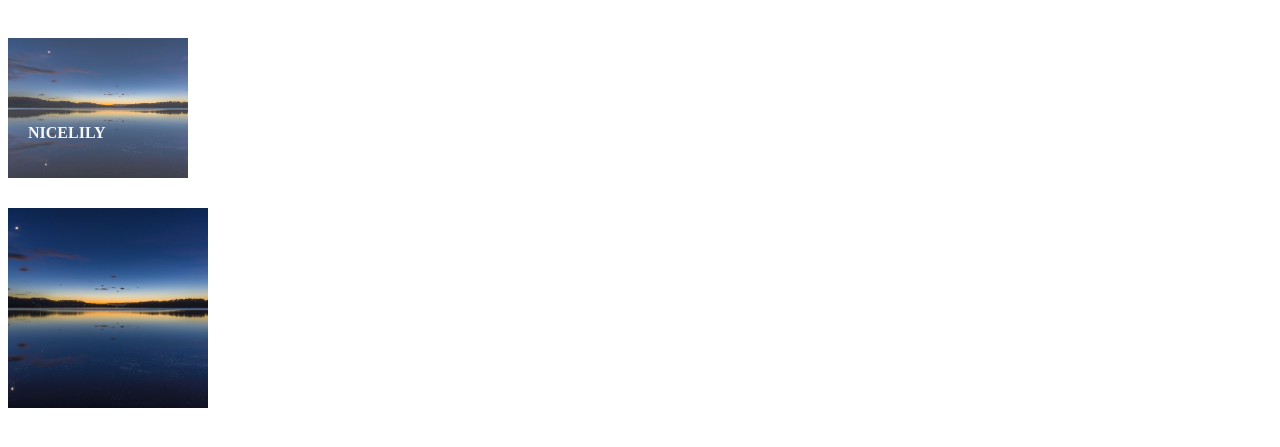
Repository: northpx/animation
Page: index.html
The author's editor kept a copy of each file at every save. The page is drawn from the files as they stood at one save, then again after a run of saves.
The browser window is 1280 px wide. The pictures show the whole page.

Above is the page before, as saved 2022-12-21 17:57:03.

### index.html
<!DOCTYPE html>
<html lang="en">

<head>
  <meta charset="UTF-8">
  <meta http-equiv="X-UA-Compatible" content="IE=edge">
  <meta name="viewport" content="width=device-width, initial-scale=1.0">
  <link rel="stylesheet" href="style.css">
  <title>Document</title>
</head>

<body>
  <div class="container">
    <img src="nature_lake_sunset_landscape_ultrahd_4k_wallpaper_3840x2160.jpg" alt="" class="image">
    <div class="content1">
      <p class="p1">NICELILY</p>
      <p class="p2">Lily to play</p>
    </div>
  </div>

  <div class="container1">
    <img src="nature_lake_sunset_landscape_ultrahd_4k_wallpaper_3840x2160.jpg" alt="" class="image2">
    <div class="content2">
      <p class="p3">Dream HONEY <span>Now</span></p>
    </div>
  </div>
</body>

</html>

<!-- <!DOCTYPE html>
<html>
<head>
<title>W3.CSS</title>
<meta name="viewport" content="width=device-width, initial-scale=1">
<link rel="stylesheet" href="style.css">
</head>
<body>
<div class="w3-container w3-green">
  <h1>W3Schools Demo</h1>
  <p>Resize this responsive page!</p>
</div>
<div class="w3-row-padding">
  <div class="w3-third">
    <h2>London</h2>
    <p>London is the capital city of England.</p>
    <p>It is the most populous city in the United Kingdom,
    with a metropolitan area of over 13 million inhabitants.</p>
  </div>

  <div class="w3-third">
    <h2>Paris</h2>
    <p>Paris is the capital of France.</p>
    <p>The Paris area is one of the largest population centers in Europe,
    with more than 12 million inhabitants.</p>
  </div>

  <div class="w3-third">
    <h2>Tokyo</h2>
    <p>Tokyo is the capital of Japan.</p>
    <p>It is the center of the Greater Tokyo Area,
    and the most populous metropolitan area in the world.</p>
  </div>
</div>

</body>
</html> -->

### style.css
/* .box1{
    width: 100px;
    height: 100px;
    background-color: aqua;
    transform: rotateX(45deg);
}

.box2{
    width: 100px;
    height: 100px;
    background-color: bisque;
    transform: rotateY(-45deg);
}

.box3{
    width: 100px;
    height: 100px;
    background-color: blueviolet;
    transform: rotate(180deg);
} */
/* .box1{
    width: 100px;
    height: 100px;
    background-color: yellowgreen;
    transform: translateX(100px);
}

.box2{
    width: 200px;
    height: 200px;
    background-color: yellowgreen;
    position: relative;
}
.box_child{
    position: absolute;
    width: 20px;
    height: 20px;
    background-color: black;
    top: 50%;
    left: 50%;
    transform: translate(-50%, -50%);
}

.box3{
    width: 100px;
    height: 100px;
    background-color: antiquewhite;
    transform: translateY(100px);
}
.box4{
    width: 100px;
    height: 100px;
    background-color:  beige;
    transform: translateX(-50px);
}

.box_circle{
    width: 100px;
    height: 100px;
    background-color: blueviolet;
    border-radius: 50%;
    scale: 1;
    transition: all 0.3s ease-in-out;
}

.box_circle:hover{
    scale: 1.5;
}

.box_skew{
    width: 100px;
    height: 100px;
    background-color: bisque;
    /* transform: skewX(45deg); */
    /* transform: skew(50deg, 0deg);
/* } */

/* .box{
    width: 100px;
    height: 100px;
    background-color: aquamarine;
    margin: 50px;
    perspective: 300px;
    position: relative;
}
.box_child{
    width: 20px;
    height: 20px;
    background-color: blueviolet;
    top: 50%;
    left: 50%;
    position: absolute;
}

.box_child:hover{
    transform: translateZ(100px);
} */
.container{
    width: 180px;
    height: 200px;
    overflow: hidden;
    position: relative;
}

 .image{
    width: 250px;
    height: 200px;
    object-fit: contain;
    transform: translateX(-20px);
    transition: all .5s linear;
    opacity: 0.8;
}

.container:hover .image{
    transform: translateX(0px);
    opacity: 1;
}

.content1 .p1{
    position: absolute;
    color: whitesmoke;
    top: 100px;
    left: 20px;
    opacity: 1;
    transition: all .5s ease-in;
    font-weight: bold;
}

.container:hover .content1 .p1{
    transform: translateY(-20px);
}

.content1 .p2{
    position: absolute;
    color: azure;
    top: 120px;
    left: 20px;
    visibility: hidden;
    opacity: 0;
    transition: all .5s ease-in;
}

.container:hover .content1 .p2{
    transform: translateY(-20px);
    visibility: visible;
    opacity: 1;
}

.container1{
    width: 200px;
    height: 200px;
    background-color: antiquewhite;
    overflow: hidden;
    position: relative;
}

.image2{
    width: 200px;
    height: 200px;
    object-fit: cover;
}

.p3{
    position: absolute;

}

After the next 3 saves:
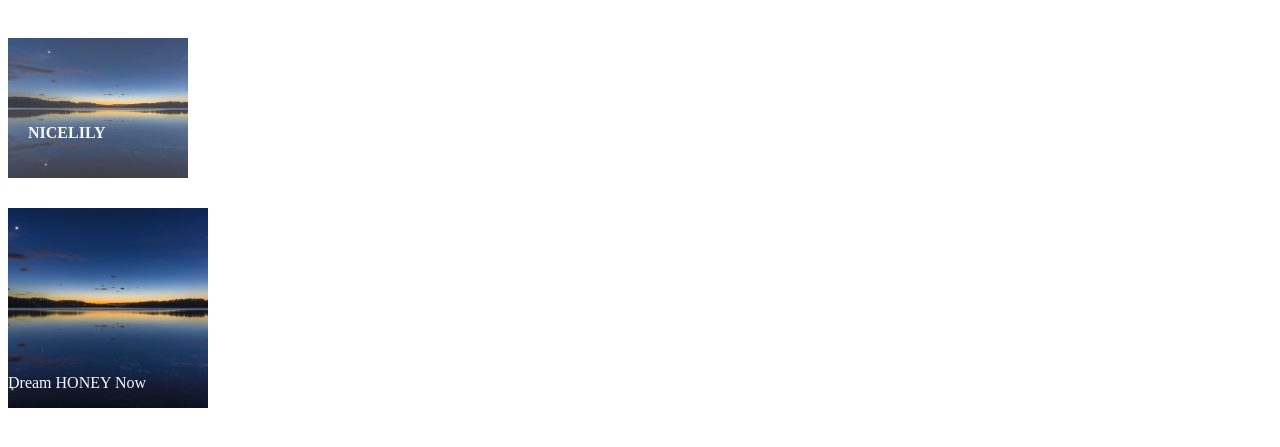
The 3 saves are shown as one change because they came seconds apart.
The last was saved 9 s later.
--- a/style.css
+++ b/style.css
@@ -162,5 +162,6 @@
 
 .p3{
     position: absolute;
-
+    bottom: 0;
+    color: aliceblue;
 }

After the 3 saves that followed:
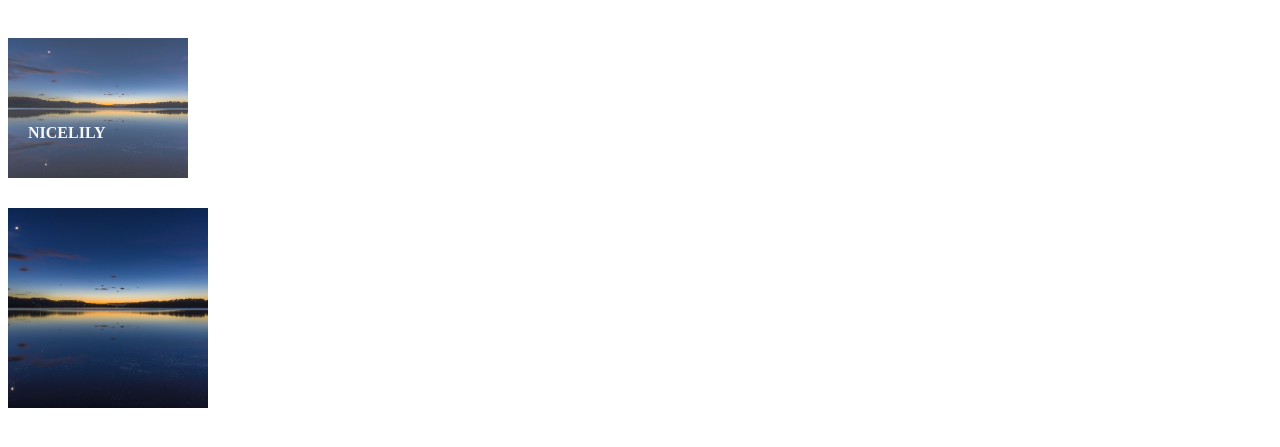
The 3 saves are shown as one change because 1 left the picture as it was and some came seconds apart.
The last was saved 48 s later.
--- a/style.css
+++ b/style.css
@@ -160,8 +160,11 @@
     object-fit: cover;
 }
 
+.container
+
 .p3{
     position: absolute;
     bottom: 0;
     color: aliceblue;
+
 }
